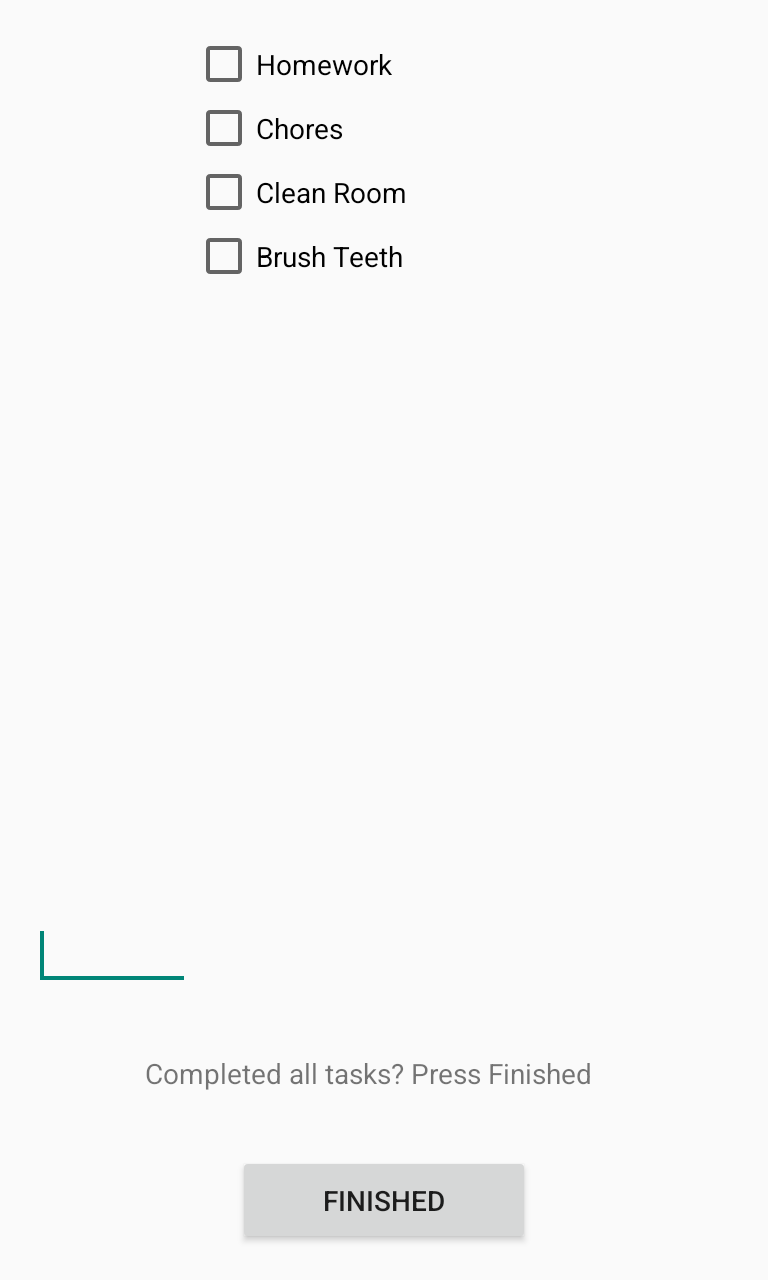
Repository: g80349/Java1
Layout: Week1 Project/ToDoList/res/layout/fragment_main.xml
An editor plug-in stored every save of this project. The layout is shown before and after the next save, followed by the edit.
It is drawn on a 768 x 1280 px phone screen (xhdpi) without system bars, with theme AppTheme; the app's code is not run. The app's manifest (not shown) leaves right-to-left support off. So textAlignment, textDirection and layoutDirection are ignored, and left and right values win over start and end ones.

Above is the layout before, as saved 2014-04-03 17:55:40.

After the next save:
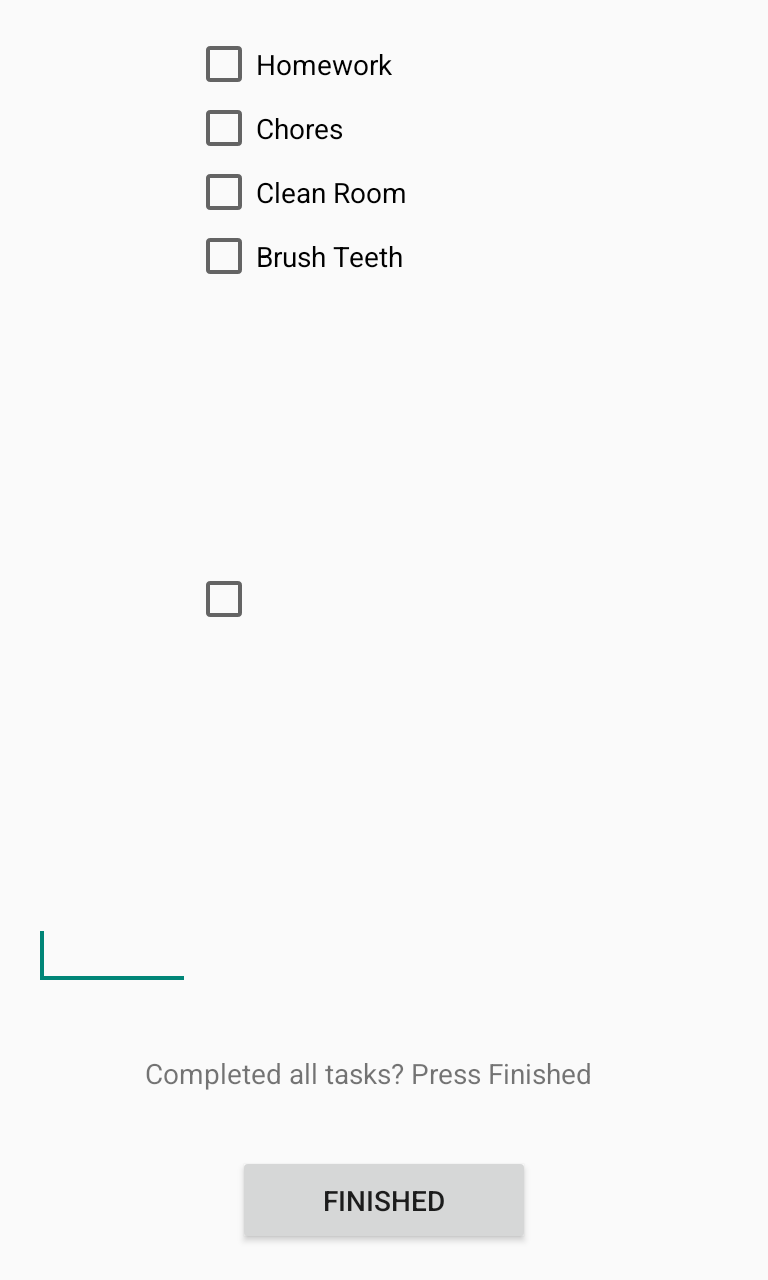
Saved 26 s later.
--- a/Week1 Project/ToDoList/res/layout/fragment_main.xml
+++ b/Week1 Project/ToDoList/res/layout/fragment_main.xml
@@ -39,8 +39,8 @@
 
     <CheckBox
         android:id="@+id/check_user"
-        android:layout_width="0dp"
-        android:layout_height="0dp"
+        android:layout_width="wrap_content"
+        android:layout_height="wrap_content"
         android:layout_marginLeft="80dp"
         android:layout_weight="1"
         android:text="@string/check_user" />
